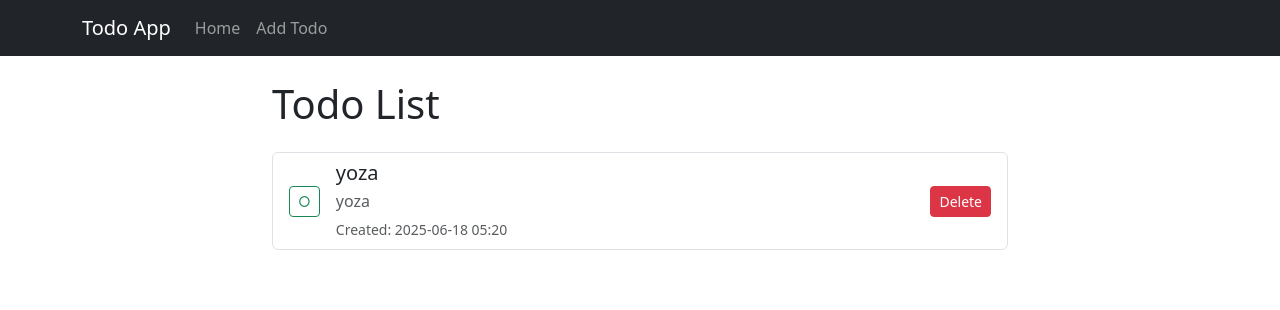
Repository: flow-ctrl369/Flask-Test
Page: http://localhost/
The author's editor kept a copy of each file at every save. The page is drawn from the files as they stood at one save, then again after a run of saves.
The browser window is 1280 px wide. The pictures show the whole page.
The page is served by the project's application, run on Flask 3 (app.py). The page reads the database file committed with the project.

Above is the page before, as saved 2025-06-18 17:12:23.

After the next 5 saves:
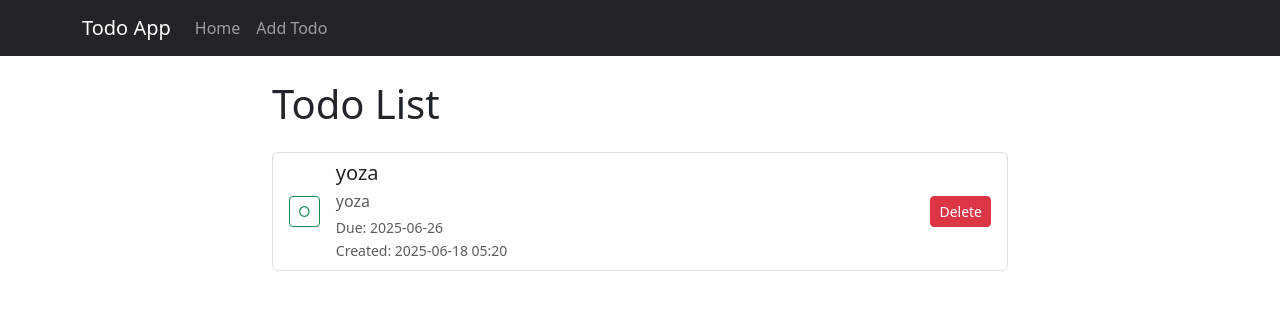
The 5 saves are shown as one change because 4 did not build or start.
The last was saved 4 min 33 s later.
--- a/templates/index.html
+++ b/templates/index.html
@@ -6,9 +6,10 @@ content %}
 
     {% if todos %}
     <div class="list-group">
-      {% for todo in todos %}
+      {% for todo in todos %} {% set overdue = todo.due_date and not
+      todo.completed and todo.due_date < today %}
       <div
-        class="list-group-item todo-item {% if todo.completed %}completed-todo{% endif %}"
+        class="list-group-item todo-item {% if todo.completed %}completed-todo{% endif %} {% if overdue %}overdue-todo{% endif %}"
       >
         <div class="d-flex justify-content-between align-items-center">
           <div class="d-flex align-items-center">
@@ -30,6 +31,13 @@ content %}
               >
                 {{ todo.description }}
               </p>
+              {% endif %} {% if todo.due_date %}
+              <small
+                class="d-block {% if overdue %}text-danger fw-bold{% else %}text-muted{% endif %}"
+              >
+                Due: {{ todo.due_date.strftime('%Y-%m-%d') }} {% if overdue
+                %}(Overdue){% endif %}
+              </small>
               {% endif %}
               <small class="text-muted"
                 >Created: {{ todo.created_at.strftime('%Y-%m-%d %H:%M')
--- a/templates/base.html
+++ b/templates/base.html
@@ -26,6 +26,10 @@
         background-color: #198754;
         border-color: #198754;
         color: white;
+      }
+      .overdue-todo {
+        border-left: 5px solid #dc3545;
+        background-color: #fff0f0;
       }
     </style>
   </head>
--- a/app.py
+++ b/app.py
@@ -61,7 +61,8 @@ def send_email_notification(todo):
 def index():
     """Display all todo items"""
     todos = Todo.query.order_by(Todo.created_at.desc()).all()
-    return render_template('index.html', todos=todos)
+    today = datetime.now().date()
+    return render_template('index.html', todos=todos, today=today)
 
 @app.route('/add', methods=['GET', 'POST'])
 def add():
